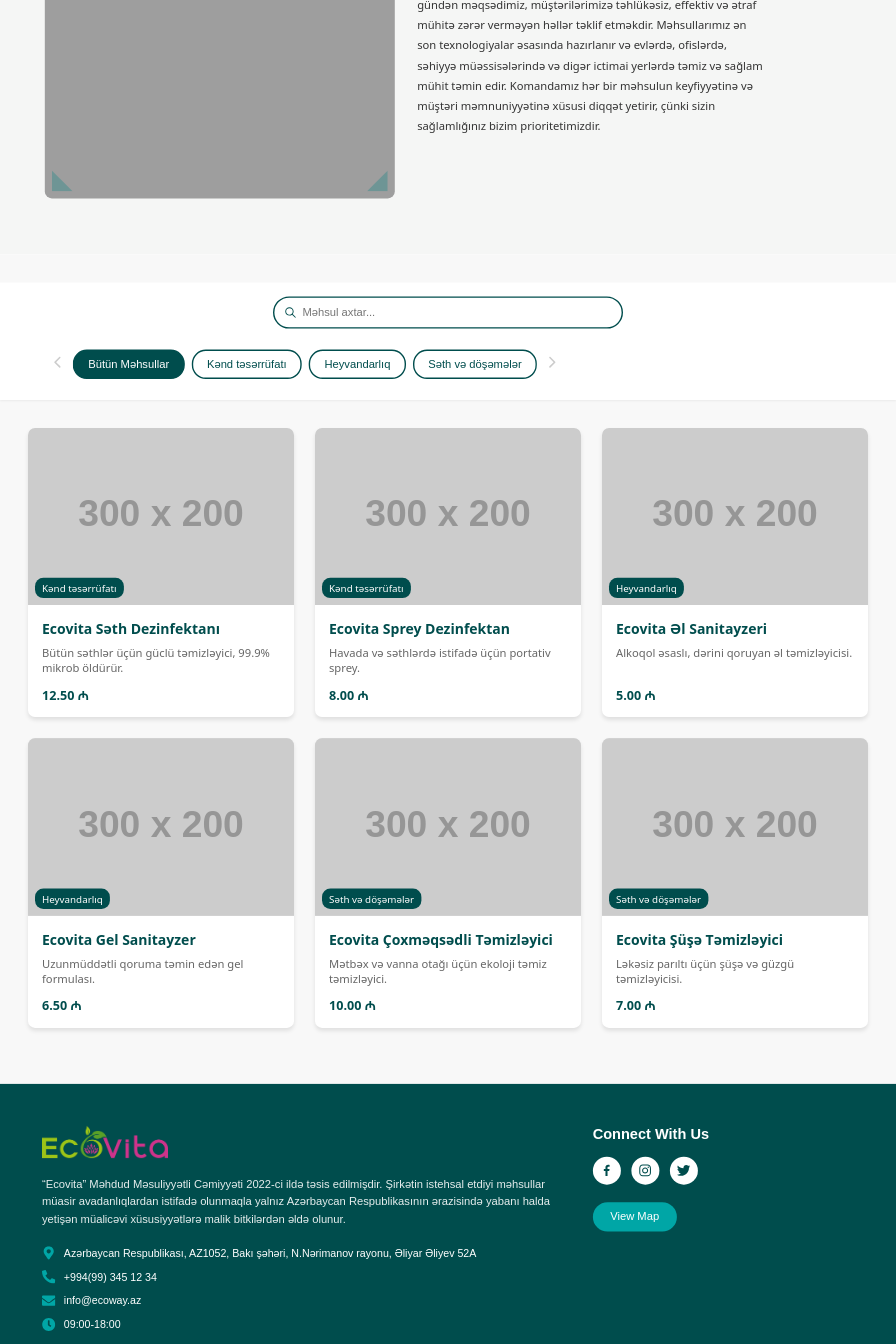
Repository: ferhadsultan98/ecovita
Page: /
The author's editor kept a copy of each file at every save. The page is drawn from the files as they stood at one save, then again after the next save.
The browser window is 1280 px wide. The pictures show the part of the page from y = 1188 to 3108 px (the page is 3197 px tall), at 70% of full size.
Pictures or frames that could not be fetched are drawn as grey boxes. The project was rebuilt for these pictures with package versions that can differ from the ones it lists, and the page was loaded fresh each time. Also part of the build but not shown: vite.config.js.

Above is the page before, as saved 2025-05-02 14:02:49.

### index.html
<!doctype html>
<html lang="en">
  <head>
    <meta charset="UTF-8" />
    <meta name="viewport" content="width=device-width, initial-scale=1.0" />
    <link rel="shortcut icon" href="./public/assets/Fotolar/logo.png" type="image/x-icon">
    <title>Ecovita - Menu</title>
  </head>
  <body>
    <div id="root"></div>
    <script type="module" src="/src/main.jsx"></script>
  </body>
</html>

### src/App.jsx
import React from "react";
import "./App.scss";
import MainLayout from "./Components/Common/MainLayout";
import Home from "./Pages/Home/Home";
import MenuSection from "./Pages/MenuSection/MenuSection";

function App() {
  return (
    <div className="app-container">
      <MainLayout>
        <Home />
        <MenuSection />
      </MainLayout>
    </div>
  );
}

export default App;

### src/App.scss
* {
  margin: 0;
  padding: 0;
  box-sizing: border-box;
}

body {
  font-family: system-ui, -apple-system, BlinkMacSystemFont, "Segoe UI", Roboto,
    Oxygen, Ubuntu, Cantarell, "Open Sans", "Helvetica Neue", sans-serif;
}

### src/Components/Common/MainLayout.jsx
import React from 'react';
import Header from './Header/Header';
import Footer from './Footer/Footer';

const MainLayout = ({ children }) => {
  return (
    <>
      <Header />
      {children}
      <Footer />
    </>
  );
};

export default MainLayout;

### src/Pages/MenuSection/MenuSection.jsx
import React, { useState, useEffect, useRef } from "react";
import { motion, AnimatePresence } from "framer-motion";
import "./MenuSection.scss";
import { IoIosArrowForward, IoIosArrowBack, IoIosSearch } from "react-icons/io";

const MenuSection = () => {
  const [activeFilter, setActiveFilter] = useState("all");
  const [visibleItems, setVisibleItems] = useState([]);
  const [menuItems, setMenuItems] = useState({});
  const [fetchError, setFetchError] = useState(null);
  const filterListRef = useRef(null);
  const [scrolled, setScrolled] = useState(0);
  const [maxScroll, setMaxScroll] = useState(0);
  const [itemsToShow, setItemsToShow] = useState(6);
  const [hasMore, setHasMore] = useState(true);
  const [searchTerm, setSearchTerm] = useState("");
  const [isNavbarSticky, setIsNavbarSticky] = useState(false);
  const navbarRef = useRef(null);
  const sectionRef = useRef(null);

  // Static product data for Ecovita
  const productData = [
    {
      category: { az: "Kənd təsərrüfatı" },
      items: [
        {
          id: "1",
          name: { az: "Ecovita Səth Dezinfektanı" },
          description: { az: "Bütün səthlər üçün güclü təmizləyici, 99.9% mikrob öldürür." },
          price: 12.50,
          image_url: "surface-disinfectant.jpg",
        },
        {
          id: "2",
          name: { az: "Ecovita Sprey Dezinfektan" },
          description: { az: "Havada və səthlərdə istifadə üçün portativ sprey." },
          price: 8.00,
          image_url: "spray-disinfectant.jpg",
        },
      ],
    },
    {
      category: { az: "Heyvandarlıq" },
      items: [
        {
          id: "3",
          name: { az: "Ecovita Əl Sanitayzeri" },
          description: { az: "Alkoqol əsaslı, dərini qoruyan əl təmizləyicisi." },
          price: 5.00,
          image_url: "hand-sanitizer.jpg",
        },
        {
          id: "4",
          name: { az: "Ecovita Gel Sanitayzer" },
          description: { az: "Uzunmüddətli qoruma təmin edən gel formulası." },
          price: 6.50,
          image_url: "gel-sanitizer.jpg",
        },
      ],
    },
    {
      category: { az: "Səth və döşəmələr" },
      items: [
        {
          id: "5",
          name: { az: "Ecovita Çoxməqsədli Təmizləyici" },
          description: { az: "Mətbəx və vanna otağı üçün ekoloji təmiz təmizləyici." },
          price: 10.00,
          image_url: "multi-purpose-cleaner.jpg",
        },
        {
          id: "6",
          name: { az: "Ecovita Şüşə Təmizləyici" },
          description: { az: "Ləkəsiz parıltı üçün şüşə və güzgü təmizləyicisi." },
          price: 7.00,
          image_url: "glass-cleaner.jpg",
        },
      ],
    },
  ];

  const processMenuData = (data) => {
    if (!Array.isArray(data)) return {};
    return data.reduce((acc, cat) => {
      if (!cat?.category?.az || !Array.isArray(cat.items)) return acc;
      const categoryKey = cat.category.az.toLowerCase().replace(/\s+/g, "-");
      acc[categoryKey] = {
        items: cat.items.filter(item => item?.id && item?.name?.az && item?.description?.az && item?.price),
        name: cat.category,
      };
      return acc;
    }, {});
  };

  useEffect(() => {
    try {
      const processedData = processMenuData(productData);
      setMenuItems(processedData);
      setFetchError(null);
    } catch (error) {
      setFetchError(`Məhsul məlumatlarının yüklənməsində xəta: ${error.message}`);
      setMenuItems({});
    }
  }, []);

  useEffect(() => {
    let items = [];
    if (activeFilter === "all") {
      Object.values(menuItems).forEach((category) => {
        if (Array.isArray(category.items)) {
          items = [
            ...items,
            ...category.items.map((item) => ({
              ...item,
              category: category.name,
            })),
          ];
        }
      });
    } else if (menuItems[activeFilter]?.items) {
      items = menuItems[activeFilter].items.map((item) => ({
        ...item,
        category: menuItems[activeFilter].name,
      }));
    }

    if (searchTerm.trim()) {
      const term = searchTerm.toLowerCase();
      items = items.filter((item) =>
        (item.name?.az || "").toLowerCase().includes(term) ||
        (item.description?.az || "").toLowerCase().includes(term)
      );
      setTimeout(() => {
        sectionRef.current?.scrollIntoView({ behavior: "smooth", block: "start" });
      }, 100);
    }

    setVisibleItems(items);
    setItemsToShow(6);
    setHasMore(items.length > 6);
  }, [activeFilter, menuItems, searchTerm]);

  useEffect(() => {
    const updateMetrics = () => {
      if (filterListRef.current) {
        const element = filterListRef.current;
        const newMaxScroll = element.scrollWidth - element.clientWidth;
        setMaxScroll(newMaxScroll > 0 ? newMaxScroll : 0);
        setScrolled(element.scrollLeft);
      }
    };
    updateMetrics();
    scrollActiveFilterIntoView();
    window.addEventListener("resize", updateMetrics);
    return () => window.removeEventListener("resize", updateMetrics);
  }, [activeFilter, menuItems]);

  useEffect(() => {
    const handleScroll = () => {
      if (sectionRef.current && navbarRef.current) {
        const sectionTop = sectionRef.current.getBoundingClientRect().top;
        setIsNavbarSticky(sectionTop <= 0);
      }
    };
    window.addEventListener("scroll", handleScroll);
    return () => window.removeEventListener("scroll", handleScroll);
  }, []);

  const handleFilterClick = (filter) => {
    setActiveFilter(filter);
    setTimeout(() => {
      sectionRef.current?.scrollIntoView({ behavior: "smooth", block: "start" });
    }, 100);
  };

  const handleScroll = (direction) => {
    if (!filterListRef.current) return;
    const element = filterListRef.current;
    const scrollAmount = direction === "prev" ? -element.clientWidth * 0.7 : element.clientWidth * 0.7;
    element.scrollBy({ left: scrollAmount, behavior: "smooth" });
  };

  const handleFilterListScroll = () => {
    if (filterListRef.current) {
      const element = filterListRef.current;
      setScrolled(element.scrollLeft);
      setMaxScroll(Math.max(0, element.scrollWidth - element.clientWidth));
    }
  };

  const scrollActiveFilterIntoView = () => {
    if (!filterListRef.current) return;
    const activeButton = filterListRef.current.querySelector(".menu-filter-button-active");
    if (activeButton) {
      const list = filterListRef.current;
      const buttonLeft = activeButton.offsetLeft;
      const buttonWidth = activeButton.offsetWidth;
      const listWidth = list.clientWidth;
      list.scrollTo({ left: buttonLeft - listWidth / 2 + buttonWidth / 2, behavior: "smooth" });
    }
  };

  const handleSearchChange = (e) => {
    setSearchTerm(e.target.value);
    setActiveFilter("all");
  };

  const clearSearch = () => {
    setSearchTerm("");
  };

  const loadMore = () => {
    const newItemsToShow = itemsToShow + 6;
    setItemsToShow(newItemsToShow);
    setHasMore(visibleItems.length > newItemsToShow);
  };

  const containerVariants = {
    hidden: { opacity: 0 },
    visible: { opacity: 1, transition: { staggerChildren: 0.1 } },
  };

  const itemVariants = {
    hidden: { y: 20, opacity: 0 },
    visible: { y: 0, opacity: 1, transition: { duration: 0.5 } },
  };

  const categories = Object.keys(menuItems);

  return (
    <section className="menu-section" id="products" ref={sectionRef}>
      <div className={`menu-navbar-wrapper ${isNavbarSticky ? "sticky" : ""}`} ref={navbarRef}>
        <div className="container">
          {fetchError && (
            <div className="error-message">
              {fetchError}
            </div>
          )}
          <div className="menu-navbar-content">
            <div className="menu-search">
              <div className="search-input-wrapper">
                <IoIosSearch className="search-icon" />
                <input
                  type="text"
                  placeholder="Məhsul axtar..."
                  value={searchTerm}
                  onChange={handleSearchChange}
                  className="search-input"
                />
                {searchTerm && (
                  <button className="clear-search-button" onClick={clearSearch}>
                    ×
                  </button>
                )}
              </div>
            </div>
            <nav className="menu-filter">
              <div className="menu-filter-container">
                <button
                  className={`scroll-button scroll-button-prev ${scrolled <= 0 ? "scroll-button-disabled" : ""}`}
                  onClick={() => handleScroll("prev")}
                  disabled={scrolled <= 0}
                  aria-label="Sola sürüşdür"
                >
                  <IoIosArrowBack fontSize="24px" />
                </button>
                <div
                  className="menu-filter-list"
                  ref={filterListRef}
                  onScroll={handleFilterListScroll}
                >
                  <div className="menu-filter-item">
                    <motion.button
                      className={`menu-filter-button ${activeFilter === "all" ? "menu-filter-button-active" : ""}`}
                      onClick={() => handleFilterClick("all")}
                      whileHover={{ scale: 1.05 }}
                      whileTap={{ scale: 0.95 }}
                    >
                      Bütün Məhsullar
                    </motion.button>
                  </div>
                  {categories.map((category) => (
                    <div key={category} className="menu-filter-item">
                      <motion.button
                        className={`menu-filter-button ${activeFilter === category ? "menu-filter-button-active" : ""}`}
                        onClick={() => handleFilterClick(category)}
                        whileHover={{ scale: 1.05 }}
                        whileTap={{ scale: 0.95 }}
                      >
                        {menuItems[category].name.az}
                      </motion.button>
                    </div>
                  ))}
                </div>
                <button
                  className={`scroll-button scroll-button-next ${scrolled >= maxScroll - 1 ? "scroll-button-disabled" : ""}`}
                  onClick={() => handleScroll("next")}
                  disabled={scrolled >= maxScroll - 1}
                  aria-label="Sağa sürüşdür"
                >
                  <IoIosArrowForward fontSize="24px" />
                </button>
              </div>
            </nav>
          </div>
        </div>
      </div>

      <div className="container menu-content">
        {visibleItems.length > 0 ? (
          <AnimatePresence mode="wait">
            <motion.div
              key={activeFilter + searchTerm}
              className="menu-grid"
              variants={containerVariants}
              initial="hidden"
              animate="visible"
              exit={{ opacity: 0 }}
            >
              {visibleItems.slice(0, itemsToShow).map((item) => (
                <motion.div
                  key={item.id}
                  className="menu-item"
                  variants={itemVariants}
                >
                  <div className="menu-item-card">
                    <div className="menu-item-image">
                      <img
                        src={`https://via.placeholder.com/300x200?text=${encodeURIComponent(item.name.az)}`}
                        alt={item.name.az}
                        onError={(e) => {
                          e.target.src = "https://via.placeholder.com/300x200?text=Məhsul";
                        }}
                      />
                      <div className="menu-item-category-badge">
                        {item.category.az}
                      </div>
                    </div>
                    <div className="menu-item-content">
                      <h4 className="menu-item-title">{item.name.az}</h4>
                      <p className="menu-item-description">{item.description.az}</p>
                      <div className="menu-item-footer">
                        <span className="menu-item-price">
                          {item.price.toFixed(2)} ₼
                        </span>
                      </div>
                    </div>
                  </div>
                </motion.div>
              ))}
            </motion.div>
          </AnimatePresence>
        ) : (
          <div className="no-results-found">
            <h3>Heç bir məhsul tapılmadı</h3>
            <p>Fərqli axtarış cəhd edin və ya filtrləri sıfırlayın.</p>
            <button className="reset-filter-button" onClick={clearSearch}>
              Axtarışı Sıfırla
            </button>
          </div>
        )}
        {hasMore && visibleItems.length > 0 && (
          <div className="menu-load-more">
            <motion.button
              className="load-more-button"
              onClick={loadMore}
              whileHover={{ scale: 1.05 }}
              whileTap={{ scale: 0.95 }}
            >
              Daha Çox Göstər
            </motion.button>
          </div>
        )}
      </div>
    </section>
  );
};

export default MenuSection;

### src/Components/Common/Header/Header.jsx
import { useState, useEffect, useRef } from "react";
import "./Header.scss";
import { motion, AnimatePresence } from "framer-motion";
import { useTranslation } from "react-i18next";
import { FaSyringe } from "react-icons/fa";
import EcovitaLogo from '../../../../public/assets/Fotolar/logo.png'
const Header = () => {
  const [scrolled, setScrolled] = useState(false);
  const dropdownRef = useRef(null);




  useEffect(() => {
    const handleScroll = () => {
      setScrolled(window.scrollY > 20);
    };

    window.addEventListener("scroll", handleScroll);
    return () => window.removeEventListener("scroll", handleScroll);
  }, []);

  2



  const scrollToTop = () => {
    window.scrollTo({ top: 0, behavior: "smooth" });
  };

  const scrollToProducts = () => {
    const productsSection = document.getElementById("products");
    if (productsSection) {
      productsSection.scrollIntoView({ behavior: "smooth", block: "start" });
    }
  };

  return (
    <header className={`header ${scrolled ? "scrolled" : ""}`}>
      <div className="header-container">
        <a onClick={scrollToTop} className="logo">
          <img src={EcovitaLogo} alt="Ecovita_logo" />
        </a>
        <button className="products-button" onClick={scrollToProducts}>
          Məhsullar
          <span className="products-icon">
            <FaSyringe />
          </span>
        </button>
      </div>
    </header>
  );
};

export default Header;

Loaded but not shown: src/main.jsx (common file); src/Pages/Home/Home.scss (380 lines, source omitted); src/Pages/Home/Home.jsx (189 lines, source omitted); src/Components/Common/Footer/Footer.scss (300 lines, source omitted); src/Pages/MenuSection/MenuSection.scss (356 lines, source omitted); src/Components/Common/Footer/Footer.jsx (142 lines, source omitted); src/Components/Common/Header/Header.scss (201 lines, source omitted); src/index.css (no stored copy; drawn as an empty file)

After the next save:
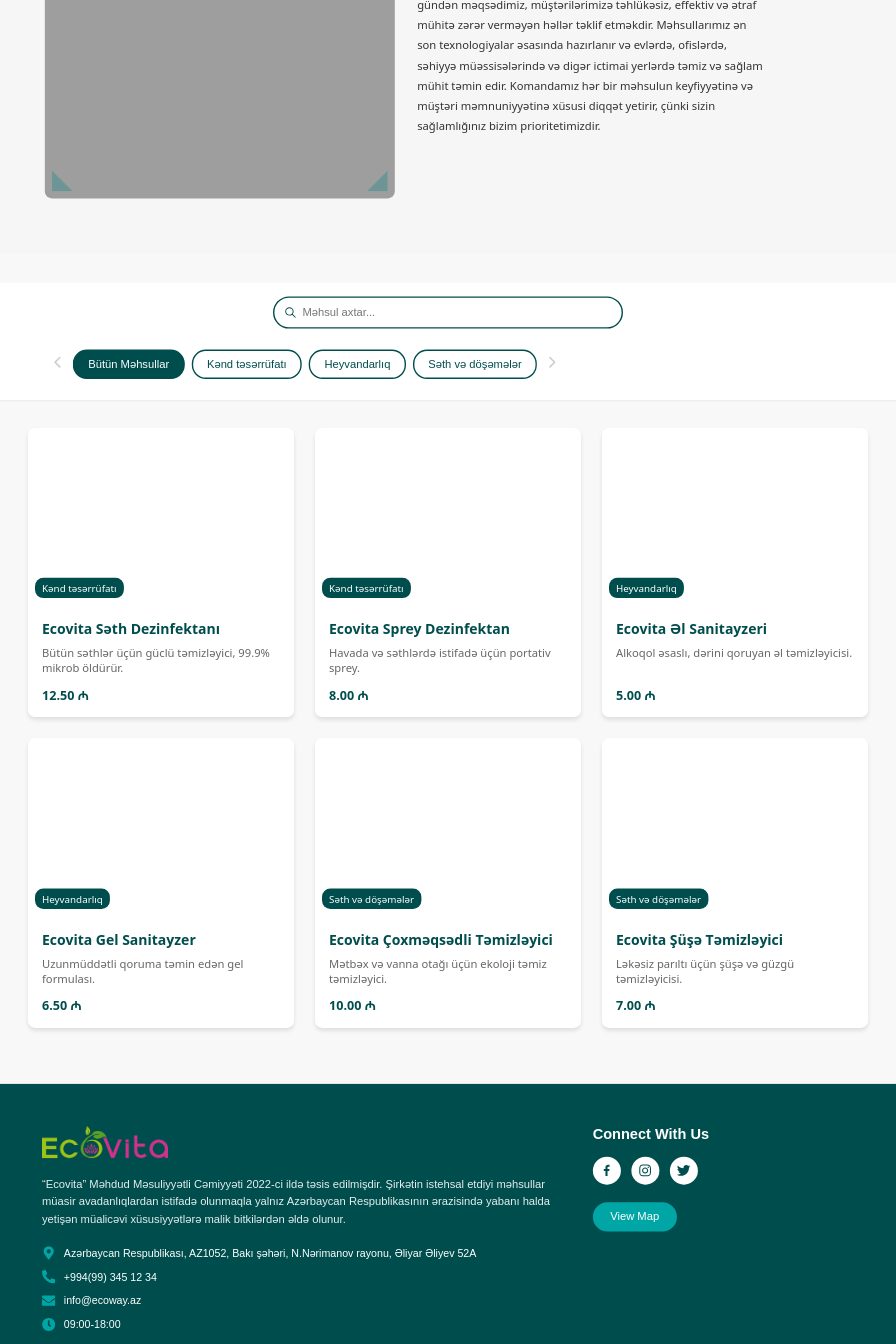
Saved 6 s later.
--- a/src/Pages/MenuSection/MenuSection.jsx
+++ b/src/Pages/MenuSection/MenuSection.jsx
@@ -325,13 +325,7 @@
                 >
                   <div className="menu-item-card">
                     <div className="menu-item-image">
-                      <img
-                        src={`https://via.placeholder.com/300x200?text=${encodeURIComponent(item.name.az)}`}
-                        alt={item.name.az}
-                        onError={(e) => {
-                          e.target.src = "https://via.placeholder.com/300x200?text=Məhsul";
-                        }}
-                      />
+
                       <div className="menu-item-category-badge">
                         {item.category.az}
                       </div>

After the save that followed:
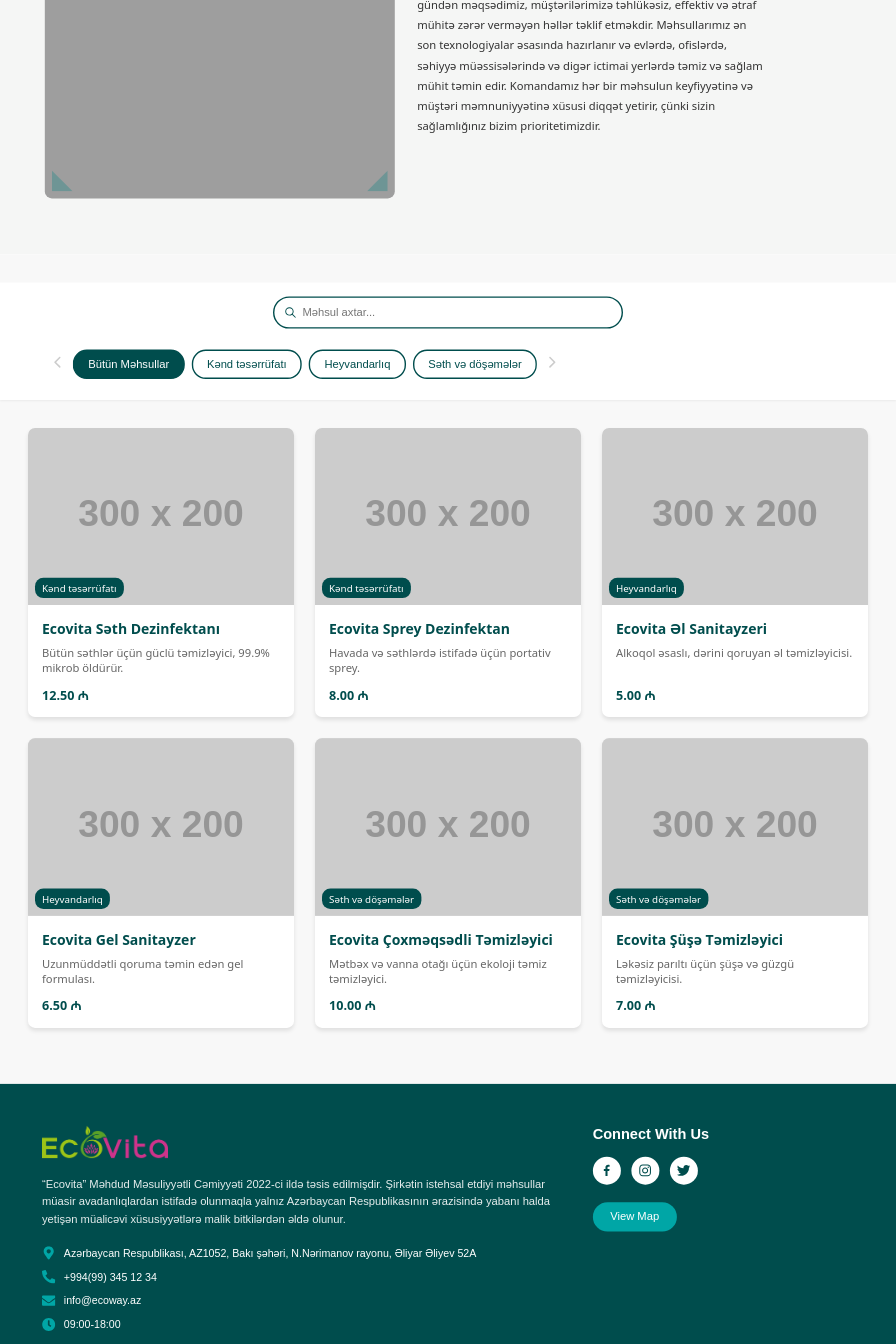
Saved 11 s later.
--- a/src/Pages/MenuSection/MenuSection.jsx
+++ b/src/Pages/MenuSection/MenuSection.jsx
@@ -325,7 +325,13 @@
                 >
                   <div className="menu-item-card">
                     <div className="menu-item-image">
-
+                      <img
+                        src={`https://via.placeholder.com/300x200?text=${encodeURIComponent(item.name.az)}`}
+                        alt={item.name.az}
+                        onError={(e) => {
+                          e.target.src = "https://via.placeholder.com/300x200?text=Məhsul";
+                        }}
+                      />
                       <div className="menu-item-category-badge">
                         {item.category.az}
                       </div>
